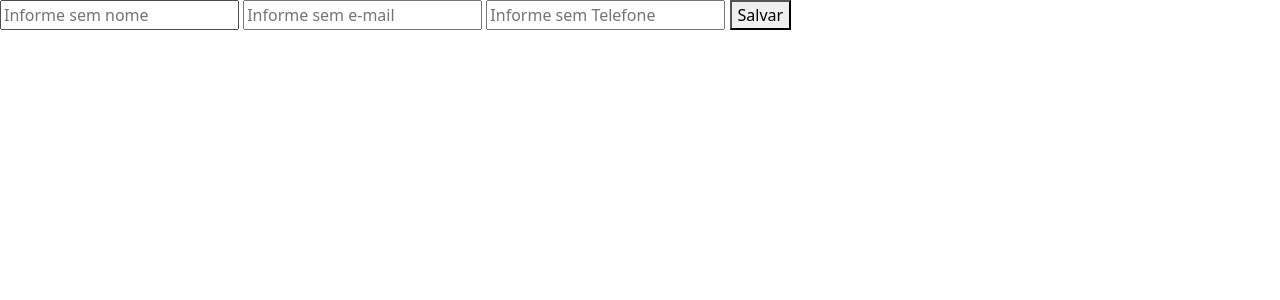
Repository: toniferreirasantos/teste-web
Page: index.html
An editor plug-in stored every save of this project. The page is shown before and after the next save, followed by the edit.
The browser window is 1280 px wide. The pictures show the whole page.

Above is the page before, as saved 2025-09-16 19:35:27.

After the next save:
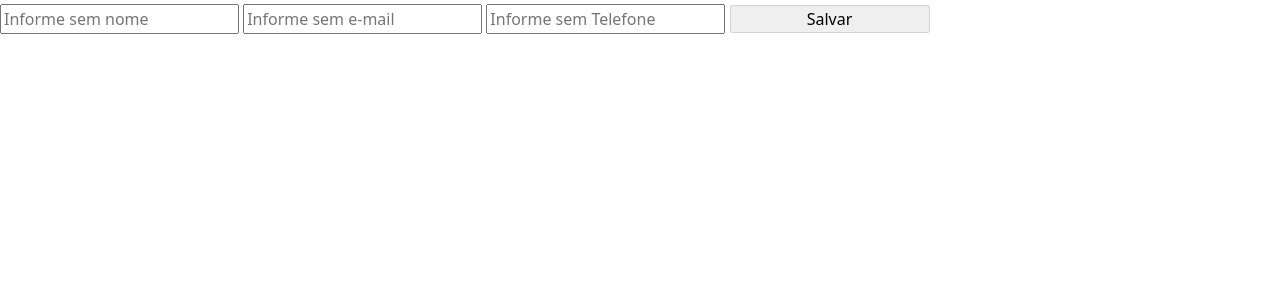
Saved 63 s later.
--- a/assets/css/estilo.css
+++ b/assets/css/estilo.css
@@ -2,3 +2,10 @@
 
     color: #000;
 }
+
+button {
+    width: 200px;
+    border: 1px solid #cccc;
+    border-radius: 3px;
+    margin-top: 5px;
+}
